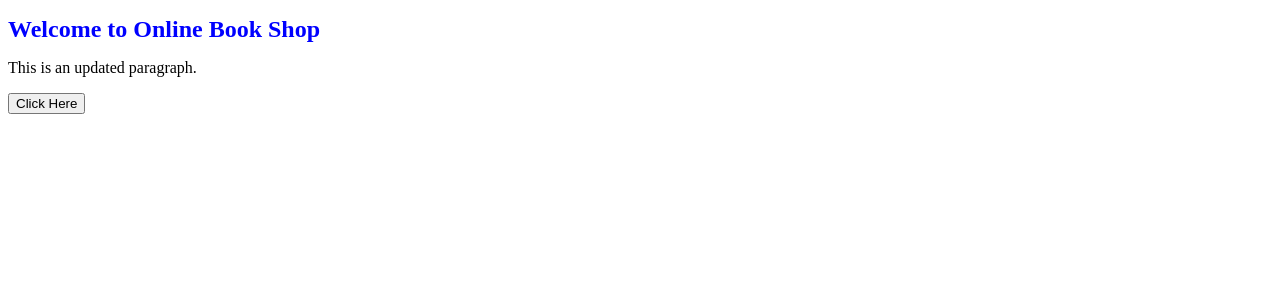
Repository: Afrozzzz/java-training
Page: shop/src/main/resources/static/dom.html
These files come from the project's save history. The page is drawn as it stood at one moment and after the next save; the edit follows.
The browser window is 1280 px wide. The pictures show the whole page.

Above is the page before, as saved 2025-02-27 11:10:53.

After the next save:
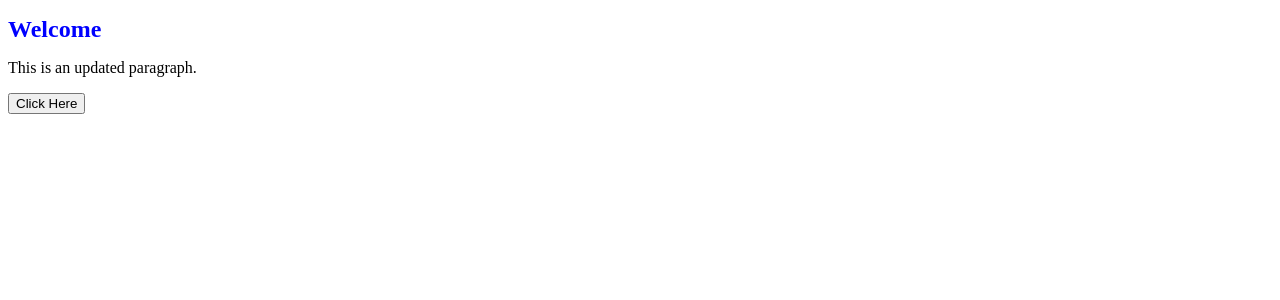
Saved 2 min 57 s later.
--- a/shop/src/main/resources/static/dom.html
+++ b/shop/src/main/resources/static/dom.html
@@ -4,7 +4,7 @@
 <title>Online Book Shop</title>
 </head>
 <body>
-<h1 id="heading">Welcome to Online Book Shop</h1>
+<h1 id="heading">Welcome </h1>
 <p class="message">This is a paragraph.</p>
 <button id="btn">Click Here</button>
 
